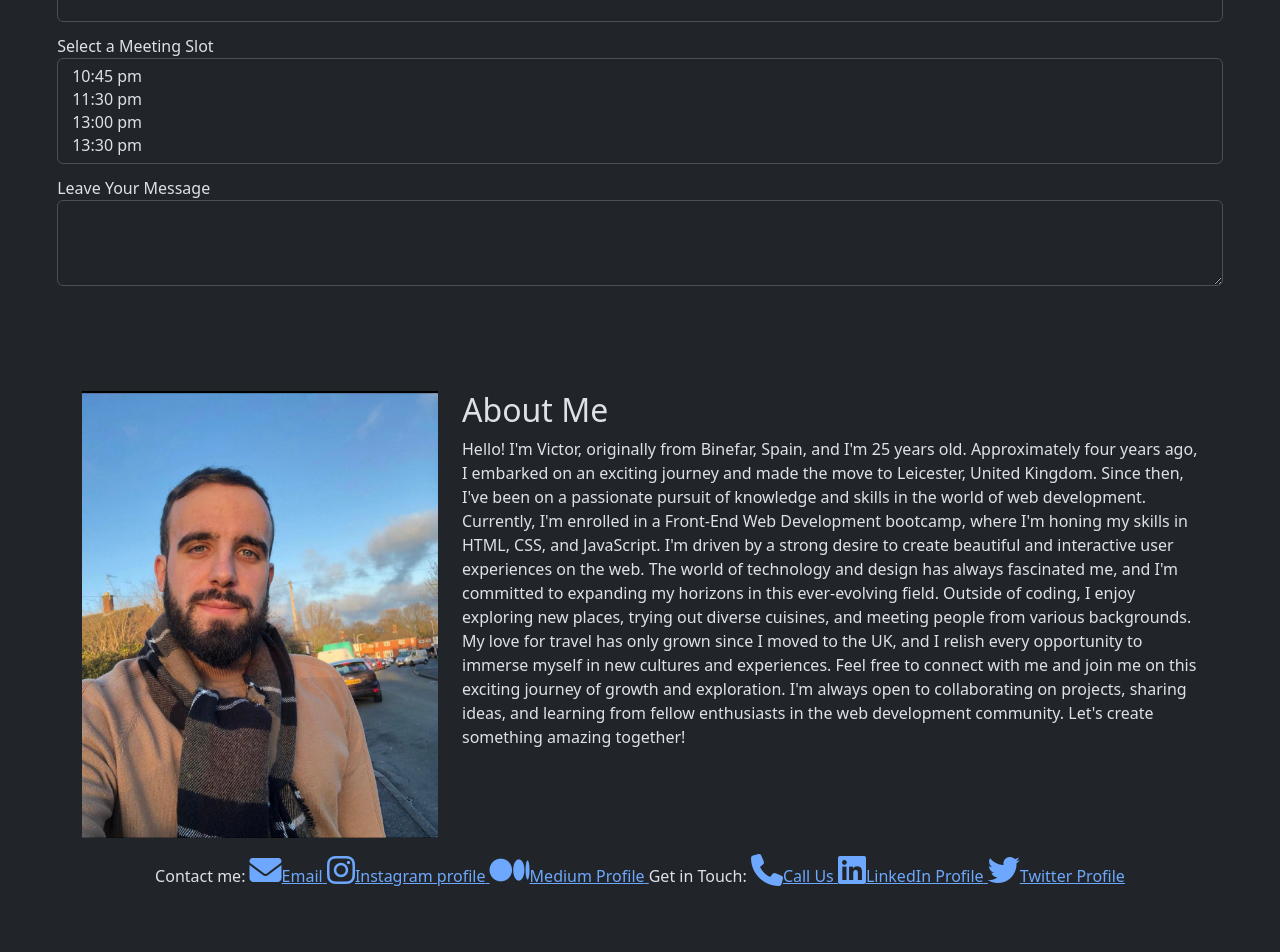
Repository: uvee35/Bootstrap-Portfolio
Page: index.html
An editor plug-in stored every save of this project. The page is shown before and after the next save, followed by the edit.
The browser window is 1280 px wide. The pictures show the part of the page from y = 1751 to 2703 px (the page is 2703 px tall).
A picture or video elsewhere on the page could not be fetched, so the positions and the page height are approximate. Some web libraries are served in a nearby version.

Above is the page before, as saved 2023-12-18 21:48:20.

### index.html
<!DOCTYPE html>
<html lang="en" data-bs-theme="dark">
  <head>
    <meta charset="utf-8" />
    <meta name="viewport" content="width=device-width, initial-scale=1" />
    <title>Bootstrap demo</title>
    <link
      href="https://cdn.jsdelivr.net/npm/bootstrap@5.3.2/dist/css/bootstrap.min.css"
      rel="stylesheet"
      integrity="sha384-T3c6CoIi6uLrA9TneNEoa7RxnatzjcDSCmG1MXxSR1GAsXEV/Dwwykc2MPK8M2HN"
      crossorigin="anonymous"
    />
    <link rel="stylesheet" href="./css/style.css" />
    <link
      rel="stylesheet"
      href="https://cdnjs.cloudflare.com/ajax/libs/font-awesome/5.15.4/css/all.min.css"
    />
    <link
      href="https://cdnjs.cloudflare.com/ajax/libs/font-awesome/6.0.0-beta3/css/all.min.css"
      rel="stylesheet"
    />
  </head>
  <body>
    <!-- Navbar -->
    <nav class="navbar navbar-expand-lg navbar-light bg-dark">
      <div class="container-fluid">
        <!-- Brand/logo -->
        <a class="navbar-brand" href="#home">Victor Marques</a>
        <i class="fab fa-html5"></i>

        <!-- Toggle button for small screens -->
        <button
          class="navbar-toggler"
          type="button"
          data-bs-toggle="collapse"
          data-bs-target="#navbarNavAltMarkup"
          aria-controls="navbarNavAltMarkup"
          aria-expanded="false"
          aria-label="Toggle navigation"
        >
          <span class="navbar-toggler-icon"></span>
        </button>

        <!-- Navbar links -->
        <div
          class="collapse navbar-collapse justify-content-end"
          id="navbarNavAltMarkup"
        >
          <div class="navbar-nav">
            <a class="nav-link" href="#about-me">About Me</a>
            <a class="nav-link" href="#work">Work</a>
            <a class="nav-link" href="#skills">Skills</a>
            <a class="nav-link" href="#contact-me">Contact</a>
          </div>
        </div>
      </div>
    </nav>

    <!-- Hero Section -->
    <section class="hero-section bg-dark text-center py-5" id="hero">
      <div class="container">
        <img
          src="./css/images/victor.JPG"
          alt="Your Name"
          class="rounded-circle mb-3"
          style="width: 150px; height: 150px"
        />
        <h1 class="display-4">Victor Marques</h1>
        <p class="lead">Front-end Developer | Creative Designer</p>
        <p>
          Welcome to my professional portfolio. Here you can find a showcase of
          my work, projects I've contributed to, and the skills I bring to the
          table.
        </p>
      </div>
      <a href="#contact-me" class="btn btn-primary btn-lg">Let's Talk</a>
      <a href="#skills" class="btn btn-secondary btn-lg">My Skills</a>

    </section>

    <!-- Cards -->
    <div class="container-fluid" id="work">
      <div class="row">
        <h1 class="col-12" id="work-text">My Portfolio</h1>
        <!-- Card 1 -->
        <div class="cardContainer col-lg-3 col-md-3 col-sm-6 padding-top">
          <div class="card">
            <img
              src="./css/images/card1photo.png"
              class="card-img-top"
              alt="..."
            />
            <div class="card-body">
              <h4 class="card-title">Horiseon Website</h4>
              <p class="card-text">
                Horiseon is a website crafted with HTML and CSS, focusing on
                accessibility and search engine optimization...
              </p>
              <a
                href="https://uvee35.github.io/Victor-Module1Challenge/"
                class="btn btn-primary"
                >See Live Demo</a
              >
            </div>
          </div>
        </div>
        <!-- End card 1 -->

        <!-- Card 2 -->
        <div class="cardContainer col-lg-3 col-md-3 col-sm-6">
          <div class="card">
            <img src="./css/images/card2.png" class="card-img-top" alt="..." />
            <div class="card-body">
              <h4 class="card-title">Portfolio</h4>
              <p class="card-text">
                This portfolio website, built using HTML, CSS, and Flexbox,
                features a modern and responsive design...
              </p>
              <a
                href="https://uvee35.github.io/Challenge2-Victor/."
                class="btn btn-primary"
                >See Live Demo</a
              >
            </div>
          </div>
        </div>
        <!-- End card 2 -->

        <!-- Card 3 -->
        <div class="cardContainer col-lg-3 col-md-3 col-sm-6">
          <div class="card">
            <img src="./css/images/card3.png" class="card-img-top" alt="..." />
            <div class="card-body">
              <h4 class="card-title">NiceAdmin</h4>
              <p class="card-text">
                NiceAdmin is a website designed using HTML, CSS, and Bootstrap,
                offering a user-friendly admin and dashboard interface...
              </p>
              <a
                href="https://bootstrapmade.com/demo/NiceAdmin/"
                class="btn btn-primary"
                >See Live Demo</a
              >
            </div>
          </div>
        </div>
        <!-- End card 3 -->
        <!-- Card 4 -->
        <div class="cardContainer col-lg-3 col-md-3 col-sm-6">
          <div class="card">
            <img src="./css/images/card4.png" class="card-img-top" alt="..." />
            <div class="card-body">
              <h4 class="card-title">EstateAgency</h4>
              <p class="card-text">
                EstateAgency is a sleek, Bootstrap-based real estate website
                template, ideal for agencies and realtors...
              </p>
              <a
                href="https://bootstrapmade.com/demo/EstateAgency/"
                class="btn btn-primary"
                >See Live Demo</a
              >
            </div>
          </div>
        </div>
        <!-- End card 4 -->
      </div>
    </div>
    <!-- End cards -->

    <!-- Skills Section -->

    <div class="container-fluid" id="skills">
      <div class="row mb-4">
        <h2 class="col-12" style="text-align: center; padding-top: 20px">
          My Skills
        </h2>
      </div>

      <div class="container">
        <div class="row align-items-center mb-2">
          <div class="col-md-3">
            <span class="badge text-bg-primary">HTML5</span>
          </div>
          <div class="col-md-9">
            <div
              class="bg-primary"
              style="width: 70%; height: 20px; text-align: center"
            >
              70%
            </div>
          </div>
        </div>
        <div class="row align-items-center mb-2">
          <div class="col-md-3">
            <span class="badge text-bg-secondary">CSS</span>
          </div>
          <div class="col-md-9">
            <div
              class="bg-secondary"
              style="width: 70%; height: 20px; text-align: center"
            >
              70%
            </div>
          </div>
        </div>
        <div class="row align-items-center mb-2">
          <div class="col-md-3">
            <span class="badge text-bg-success">Flexbox</span>
          </div>
          <div class="col-md-9">
            <div
              class="bg-success"
              style="width: 85%; height: 20px; text-align: center"
            >
              85%
            </div>
          </div>
        </div>
        <div class="row align-items-center mb-2">
          <div class="col-md-3">
            <span class="badge text-bg-danger">Responsive Design</span>
          </div>
          <div class="col-md-9">
            <div
              class="bg-danger"
              style="width: 75%; height: 20px; text-align: center"
            >
              75%
            </div>
          </div>
        </div>
        <div class="row align-items-center mb-2">
          <div class="col-md-3">
            <span class="badge text-bg-warning">UX Design</span>
          </div>
          <div class="col-md-9">
            <div
              class="bg-warning"
              style="width: 75%; height: 20px; text-align: center"
            >
              75%
            </div>
          </div>
        </div>

        <p style="padding-top: 35px">
          Percentages displayed alongside my skills reflect my current
          proficiency levels. While they indicate a strong foundation in HTML5,
          CSS, Flexbox, Responsive Design, and UX Design, they also suggest room
          for further growth. I am committed to continuous learning and daily
          practice to enhance these skills. My dedication to staying updated
          with the latest industry standards and best practices ensures that I
          am always improving and ready to tackle new challenges in the
          ever-evolving field of web development.
        </p>
      </div>
    </div>

    <!-- Contact Me -->
    <div class="container-fluid" id="contact-me">

    <form style="padding: 3%" style="display: flex; justify-content: center">
      <h3>Contact Me</h3>
      <div class="form-group" style="padding-top: 2%">
        <label for="exampleFormControlInput1">Email address</label>
        <input
          type="email"
          class="form-control"
          id="exampleFormControlInput1"
          placeholder="name@example.com"
        />
      </div>
      <div class="form-group" style="margin-top: 1%">
        <label for="exampleFormControlInput1">Name/Last Name</label>
        <input type="text" class="form-control" id="description" />
      </div>
      <div class="form-group" style="margin-top: 1%">
        <label for="exampleFormControlSelect2">Select a Meeting Slot</label>
        <select multiple class="form-control" id="exampleFormControlSelect2">
          <option>10:45 pm</option>
          <option>11:30 pm</option>
          <option>13:00 pm</option>
          <option>13:30 pm</option>
        </select>
      </div>
      <div class="form-group" style="margin-top: 1%">
        <label for="exampleFormControlTextarea1">Leave Your Message</label>
        <textarea
          class="form-control"
          id="exampleFormControlTextarea1"
          rows="3"
        ></textarea>
      </div>
    </div>
    </form>

    <!-- About Me Section -->
<section class="container my-5" id="about-me">
  <div class="row">

      <div class="col-lg-4">
          <img src="./css/images/victor2.jpg" alt="Victor" class="img-fluid square">
      </div>

      <div class="col-lg-8">
          <h2>About Me</h2>
          <p>Hello! I'm Victor, originally from Binefar, Spain, and I'm 25 years old. Approximately four years ago, I embarked on an exciting journey and made the move to Leicester, United Kingdom. Since then, I've been on a passionate pursuit of knowledge and skills in the world of web development.

            Currently, I'm enrolled in a Front-End Web Development bootcamp, where I'm honing my skills in HTML, CSS, and JavaScript. I'm driven by a strong desire to create beautiful and interactive user experiences on the web. The world of technology and design has always fascinated me, and I'm committed to expanding my horizons in this ever-evolving field.

            Outside of coding, I enjoy exploring new places, trying out diverse cuisines, and meeting people from various backgrounds. My love for travel has only grown since I moved to the UK, and I relish every opportunity to immerse myself in new cultures and experiences.

            Feel free to connect with me and join me on this exciting journey of growth and exploration. I'm always open to collaborating on projects, sharing ideas, and learning from fellow enthusiasts in the web development community. Let's create something amazing together!</p>

  </div>
  <footer class="container-fluid text-center py-3" id="footer">
    <div class="container">
        <span class="footer__contact-header">Contact me:</span>
        <a href="mailto:victormarquesrina@hotmail.com" class="contact-link">
            <i class="fas fa-envelope social-icon"></i><span>Email</span>
        </a>
        <a href="https://www.instagram.com/Uvee35" class="contact-link">
            <i class="fab fa-instagram social-icon"></i><span>Instagram profile</span>
        </a>
        <a href="https://medium.com/@victor5.vm58" class="contact-link">
            <i class="fab fa-medium social-icon"></i><span>Medium Profile</span>
        </a>

        <span class="footer__contact-header">Get in Touch:</span>
        <a href="tel:+123456789" class="contact-link">
            <i class="fas fa-phone social-icon"></i><span>Call Us</span>
        </a>
        <a href="https://www.linkedin.com/in/yourname" class="contact-link">
            <i class="fab fa-linkedin social-icon"></i><span>LinkedIn Profile</span>
        </a>
        <a href="https://twitter.com/yourtwitterhandle" class="contact-link">
            <i class="fab fa-twitter social-icon"></i><span>Twitter Profile</span>
        </a>
    </div>
</footer>


  </div>
</footer>


<script src="https://kit.fontawesome.com/c1bc576c12.js" crossorigin="anonymous"></script>

    <script
      src="https://cdn.jsdelivr.net/npm/bootstrap@5.3.2/dist/js/bootstrap.bundle.min.js"
      integrity="sha384-C6RzsynM9kWDrMNeT87bh95OGNyZPhcTNXj1NW7RuBCsyN/o0jlpcV8Qyq46cDfL"
      crossorigin="anonymous"
    ></script>
  </body>
</html>

### css/style.css
.hero-section {
    background-color: #121212; /* Dark background color */
    color: #ffffff; /* White text color for contrast */
    position: relative; /* Position relative for absolute positioning of buttons */
    z-index: 1; /* Ensure the layering is correct */
  }


  .hero-buttons {
    position: absolute;
    bottom: 20px;
    left: 50%;
    transform: translateX(-50%); /* Center the buttons */
    z-index: 2; /* Above the background image */
  }

  /* If you have a specific background image you want to use */
  .hero-section {
    background-image: url('./images/planet-1702788_1920.jpg');
    background-size: cover;
    background-position: center;
  }

  #Skills {
    border: 1px solid #ccc;
    border-radius: 5px;
    padding: 20px;
  }

  #work{
    border: 1px solid none;
    border-radius: 5px;
    padding: 20px;
  }

.col-12{
text-align: center;
 padding-top: 5px;
 padding-bottom: 2%;
}

#contact-me{
  border: 1px solid none;
    border-radius: 5px;
    padding: 20px;
}
.footer {
  background-color: #333;
  color: white;
  text-align: center;
  padding: 1rem 0;
  display: flex;
  justify-content: space-around;
  align-items: center;
  margin-bottom: auto;
  border-radius: 5px;
}
.footer__contact-info {
  display: flex;
  justify-content: space-around;
  align-items: center;
  width: 50%;
}
.social-icon {
  font-size: 2rem;
  color: var(--accent-color);
}

After the next save:
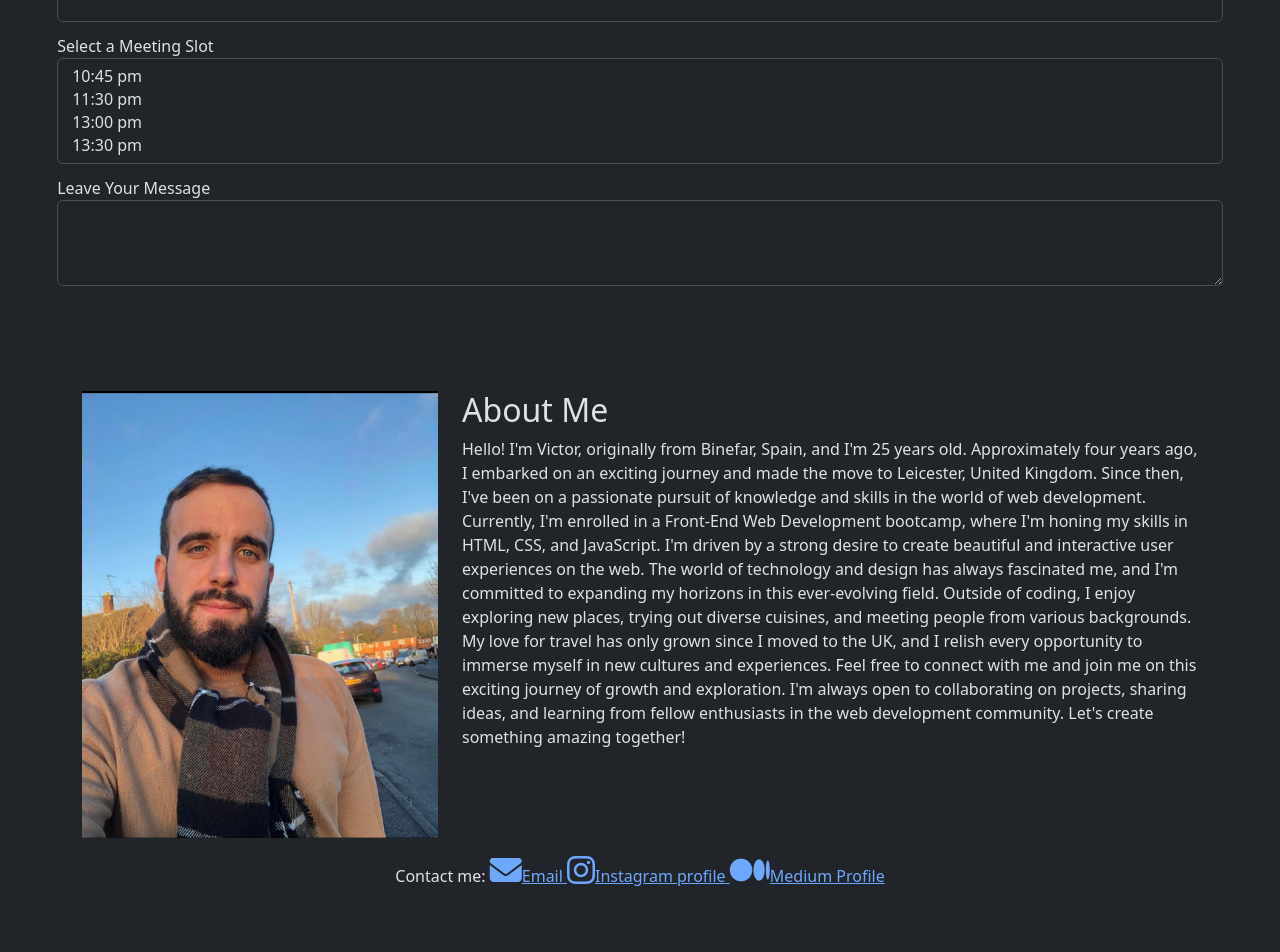
Saved 9 s later.
--- a/index.html
+++ b/index.html
@@ -327,15 +327,7 @@
             <i class="fab fa-medium social-icon"></i><span>Medium Profile</span>
         </a>
 
-        <span class="footer__contact-header">Get in Touch:</span>
-        <a href="tel:+123456789" class="contact-link">
-            <i class="fas fa-phone social-icon"></i><span>Call Us</span>
-        </a>
-        <a href="https://www.linkedin.com/in/yourname" class="contact-link">
-            <i class="fab fa-linkedin social-icon"></i><span>LinkedIn Profile</span>
-        </a>
-        <a href="https://twitter.com/yourtwitterhandle" class="contact-link">
-            <i class="fab fa-twitter social-icon"></i><span>Twitter Profile</span>
+
         </a>
     </div>
 </footer>
